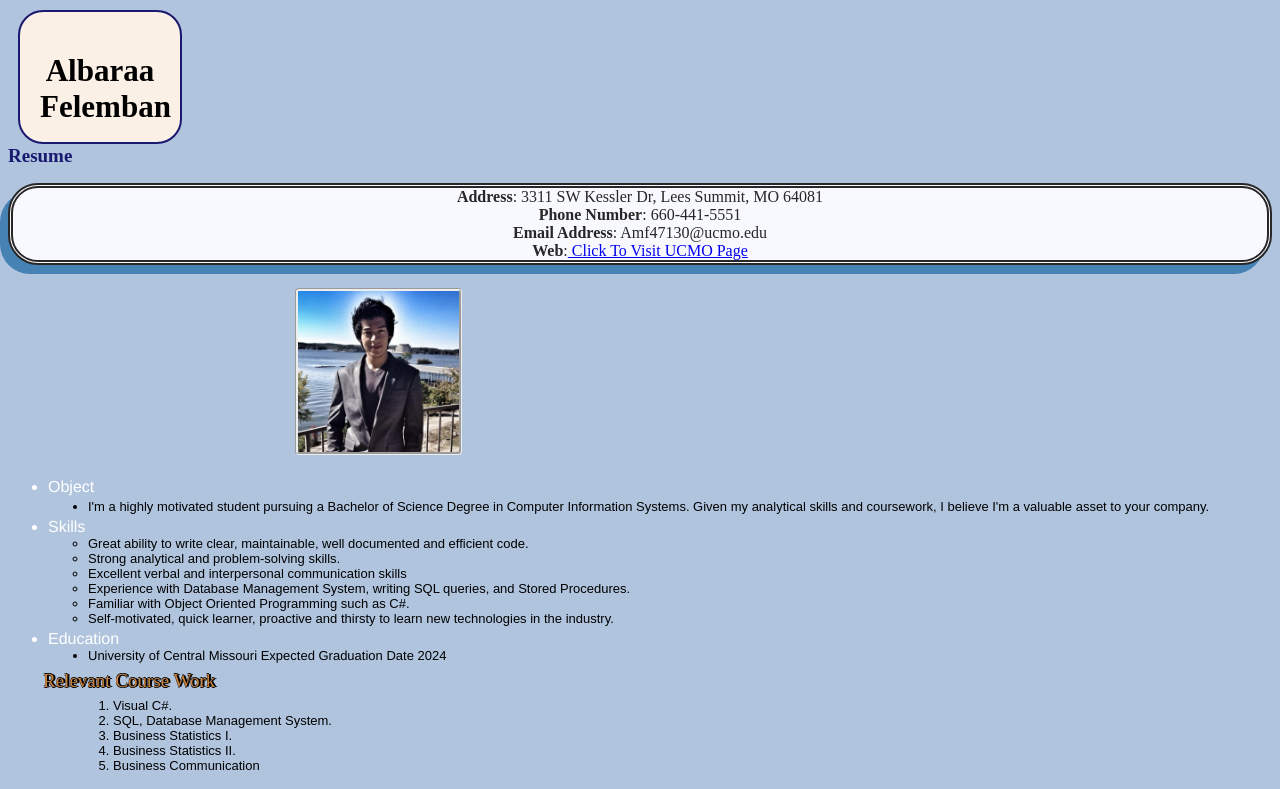
Repository: MrFelemban/RealEstate_Web-cis2625
Page: lesson1/index.html
The author's editor kept a record of every edit. The page is drawn from the files as they stood at one moment, then again after the next edit.
The browser window is 1280 px wide. The pictures show the whole page.

Above is the page before.

After the next edit:
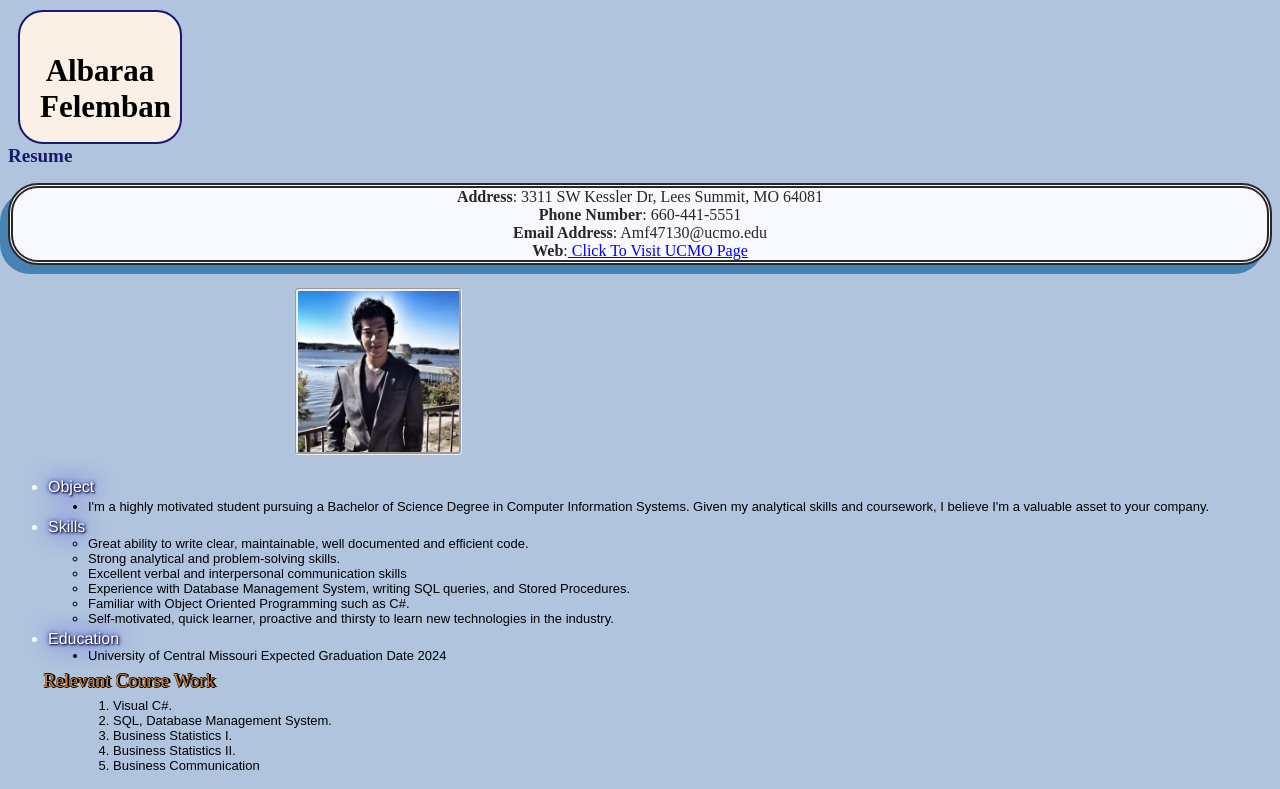
The edit:
--- a/lesson1/Resume.css
+++ b/lesson1/Resume.css
@@ -64,6 +64,8 @@
 		text-align: justify;
 		margin-top: 4px;
 
+		text-shadow: 1px 1px 2px black, 0 0 25px blue, 0 0 5px darkblue;
+
 	}
 
 
